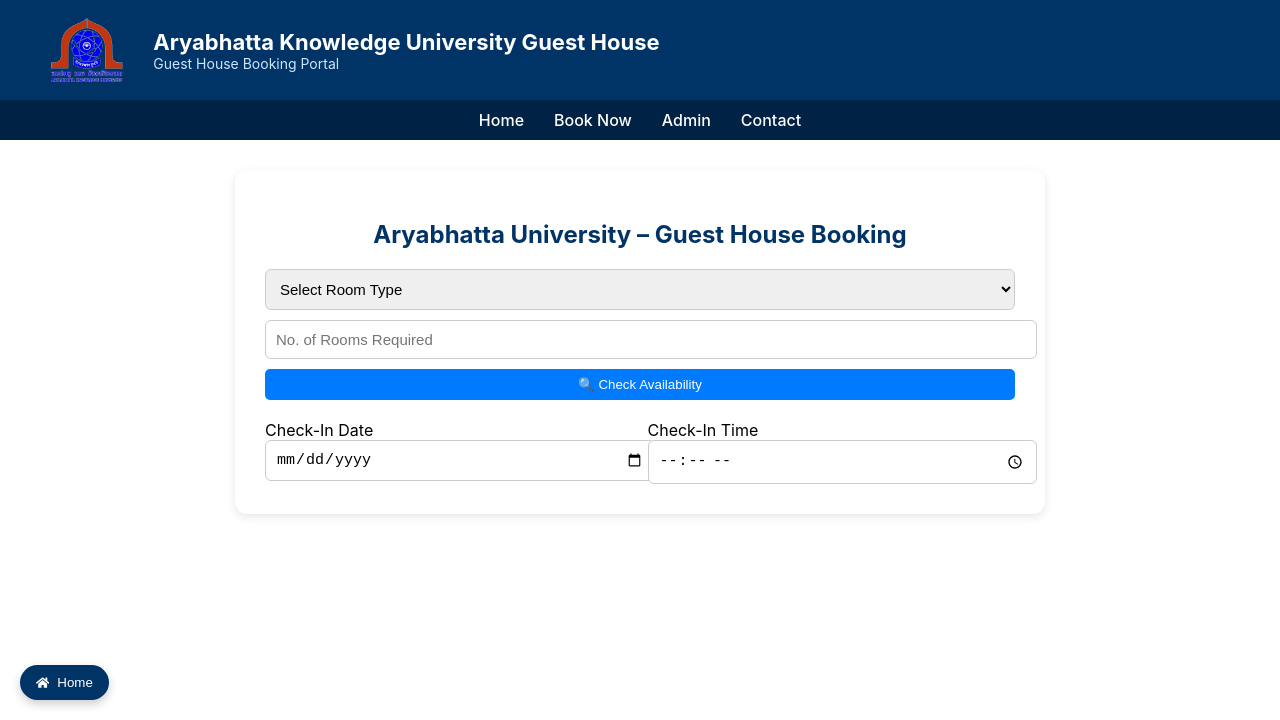
Repository: binit123kumar/guesthouse-booking-system
Page: /booking (app in guesthouse-frontend/)
An editor plug-in stored every save of this project. The page is shown before and after the next save, followed by the edit.
The browser window is 1280 px wide. The pictures show the whole page.
The project was rebuilt for these pictures with package versions that can differ from the ones it lists, and the page was loaded fresh each time. Also part of the build but not shown: guesthouse-frontend/src/components/Banner.js, guesthouse-frontend/src/components/Footer.js, guesthouse-frontend/src/pages/Home.js, guesthouse-frontend/src/pages/Register.js, guesthouse-frontend/src/pages/Contact.js, guesthouse-frontend/src/pages/About.js, guesthouse-frontend/src/pages/Facilities.js, guesthouse-frontend/src/pages/AdminLogin.js and 7 more.

Above is the page before, as saved 2025-09-08 01:20:49.

### guesthouse-frontend/public/index.html
<!DOCTYPE html>
<html lang="en">
  <head>
    <meta charset="utf-8" />
    <link rel="icon" href="%PUBLIC_URL%/favicon.ico" />
    <meta name="viewport" content="width=device-width, initial-scale=1" />
    <meta name="theme-color" content="#000000" />
    <meta
      name="description"
      content="Web site created using create-react-app"
    />
    <link rel="apple-touch-icon" href="%PUBLIC_URL%/logo192.png" />
    <!--
      manifest.json provides metadata used when your web app is installed on a
      user's mobile device or desktop. See https://developers.google.com/web/fundamentals/web-app-manifest/
    -->
    <link rel="manifest" href="%PUBLIC_URL%/manifest.json" />
    <!--
      Notice the use of %PUBLIC_URL% in the tags above.
      It will be replaced with the URL of the `public` folder during the build.
      Only files inside the `public` folder can be referenced from the HTML.

      Unlike "/favicon.ico" or "favicon.ico", "%PUBLIC_URL%/favicon.ico" will
      work correctly both with client-side routing and a non-root public URL.
      Learn how to configure a non-root public URL by running `npm run build`.
    -->
    <title>Aryabhatta Knowledge University - Guest House</title>

  </head>
  <body>
    <noscript>You need to enable JavaScript to run this app.</noscript>
    <div id="root"></div>
    <!--
      This HTML file is a template.
      If you open it directly in the browser, you will see an empty page.

      You can add webfonts, meta tags, or analytics to this file.
      The build step will place the bundled scripts into the <body> tag.

      To begin the development, run `npm start` or `yarn start`.
      To create a production bundle, use `npm run build` or `yarn build`.
    -->
  </body>
</html>

### guesthouse-frontend/src/App.js
import React from 'react';
import { BrowserRouter as Router, Routes, Route } from 'react-router-dom';
import Header from './components/Header';
import Navbar from './components/Navbar';
import HomeButton from './components/HomeButton';

import Home from './pages/Home';
import Register from './pages/Register';
import Booking from './pages/Booking';
import Contact from './pages/Contact';
import About from './pages/About';
import Facilities from './pages/Facilities';

import AdminLogin from './pages/AdminLogin';
import AdminDashboard from './pages/AdminDashboard';
import AdminBookings from './pages/AdminBookings';
import AdminRooms from './pages/AdminRooms';
import AdminOnline from './pages/AdminOnline';
import AdminCash from './pages/AdminCash';
import BookingList from './pages/BookingList';
import Success from "./pages/Success";


function App() {
  return (
    <Router>
      <Header />
      <Navbar />
      <Routes>
        <Route path="/" element={<Home />} />
        <Route path="/register" element={<Register />} />
        <Route path="/booking" element={<Booking />} />
        <Route path="/contact" element={<Contact />} />
        <Route path="/about" element={<About />} />
        <Route path="/facilities" element={<Facilities />} />
        <Route path="/admin" element={<AdminLogin />} />
        <Route path="/admin/login" element={<AdminLogin />} />
        <Route path="/admin/dashboard" element={<AdminDashboard />} />
        <Route path="/admin/bookings" element={<AdminBookings />} />
        <Route path="/admin/rooms" element={<AdminRooms />} />
        <Route path="/admin/online" element={<AdminOnline />} />
        <Route path="/admin/cash" element={<AdminCash />} />
        <Route path="/admin/bookinglist" element={<BookingList />} />
        <Route path="/success" element={<Success />} />
      </Routes>
      <HomeButton />
    </Router>
  );
}

export default App;

### guesthouse-frontend/src/components/Header.js
import React from 'react';
import logo from '../assets/logo.png';

function Header() {
  return (
    <header style={styles.header}>
      <div style={styles.logoContainer}>
        <img src={logo} alt="AKU Logo" style={styles.logo} />
        <div>
          <h1 style={styles.title}>Aryabhatta Knowledge University Guest House</h1>
          <p style={styles.subtitle}>Guest House Booking Portal</p>
        </div>
      </div>
    </header>
  );
}

const styles = {
  header: {
    backgroundColor: '#003366',
    padding: '15px 40px',
    display: 'flex',
    alignItems: 'center',
    boxShadow: '0 2px 8px rgba(0,0,0,0.1)',
    color: 'white',
  },
  logoContainer: { display: 'flex', alignItems: 'center' },
  logo: { height: '70px', marginRight: '20px' },
  title: { margin: 0, fontSize: '22px', fontWeight: 'bold' },
  subtitle: { margin: 0, fontSize: '14px', color: '#cce6ff' },
};

export default Header;

### guesthouse-frontend/src/components/Navbar.js
import React from 'react';
import { Link } from 'react-router-dom';

function Navbar() {
  return (
    <nav style={styles.nav}>
      <ul style={styles.navList}>
        <li><Link to="/" style={styles.link}>Home</Link></li>
        <li><Link to="/booking" style={styles.link}>Book Now</Link></li>
        <li><Link to="/admin" style={styles.link}>Admin</Link></li>
        <li><Link to="/contact" style={styles.link}>Contact</Link></li>
      </ul>
    </nav>
  );
}

const styles = {
  nav: { backgroundColor: '#002244', padding: '10px 40px' },
  navList: { listStyle: 'none', display: 'flex', gap: '30px', justifyContent: 'center', margin: 0, padding: 0 },
  link: { color: 'white', textDecoration: 'none', fontWeight: '500' },
};

export default Navbar;

### guesthouse-frontend/src/components/HomeButton.js
import React from "react";
import { useNavigate } from "react-router-dom";
import { FaHome } from "react-icons/fa";

const HomeButton = () => {
  const navigate = useNavigate();

  return (
    <button
      onClick={() => navigate("/")}
      style={{
        position: "fixed",
        left: "20px",
        bottom: "20px",
        backgroundColor: "#003366",
        color: "white",
        border: "none",
        padding: "10px 16px",
        borderRadius: "30px",
        display: "flex",
        alignItems: "center",
        gap: "8px",
        boxShadow: "0 4px 10px rgba(0,0,0,0.2)",
        cursor: "pointer",
        zIndex: 1000,
      }}
    >
      <FaHome />
      Home
    </button>
  );
};

export default HomeButton;

### guesthouse-frontend/src/pages/Booking.js
import React, { useState } from "react";
import { useNavigate } from "react-router-dom";
import { QRCodeSVG } from "qrcode.react";
import axios from "axios";

function Booking() {
  const navigate = useNavigate();
  const [formData, setFormData] = useState({
    fullName: "",
    address: "",
    email: "",
    phone: "",
    purpose: "",
    roomType: "",
    roomsRequired: "",
    checkInDate: "",
    checkInTime: "",
    checkOutDate: "",
    checkOutTime: "",
    category: "",
    paymentStatus: "",
    guests: []
  });

  const [amount, setAmount] = useState(0);
  const [error, setError] = useState("");
  const [availability, setAvailability] = useState(""); // For availability status

  const calculateDays = (inDate, outDate) => {
    if (!inDate || !outDate) return 0;
    const start = new Date(inDate);
    const end = new Date(outDate);
    return Math.max(1, Math.ceil((end - start) / (1000 * 60 * 60 * 24)));
  };

  const calculateAmount = (updated) => {
    const days = calculateDays(updated.checkInDate, updated.checkOutDate);
    const rooms = parseInt(updated.roomsRequired) || 1;
    const guestsCount = updated.guests.length + 1;
    const minRooms = Math.ceil(guestsCount / 3);
    const totalRooms = Math.max(rooms, minRooms);
    let rate = 0;
    switch (updated.roomType) {
      case "Single": rate = 800; break;
      case "Double": rate = 1200; break;
      case "Suite": rate = 1800; break;
      default: rate = 0;
    }
    return days > 0 ? days * rate * totalRooms : 0;
  };

  const handleChange = (e) => {
    const { name, value } = e.target;
    const updated = { ...formData, [name]: value };
    setFormData(updated);
    if (["roomType", "checkInDate", "checkOutDate", "roomsRequired"].includes(name)) {
      setAmount(calculateAmount(updated));
    }
  };

  const handleGuestChange = (i, field, value) => {
    const guests = [...formData.guests];
    guests[i][field] = value;
    setFormData({ ...formData, guests });
    setAmount(calculateAmount({ ...formData, guests }));
  };

  const addGuest = () => {
    setFormData({ ...formData, guests: [...formData.guests, { name: "", age: "", address: "", email: "", phone: "", purpose: "" }] });
  };

  const removeGuest = (i) => {
    const guests = formData.guests.filter((_, idx) => idx !== i);
    setFormData({ ...formData, guests });
    setAmount(calculateAmount({ ...formData, guests }));
  };

  const handleSubmit = async (e) => {
    e.preventDefault();
    if (!formData.fullName || !formData.email || !formData.phone || !formData.roomType || !formData.checkInDate || !formData.checkOutDate) {
      setError("⚠️ Please fill all required fields.");
      return;
    }
    const bookingData = { ...formData, amount, createdAt: new Date().toISOString() };
    try {
      const res = await fetch("http://localhost:5000/api/bookings", {
        method: "POST",
        headers: { "Content-Type": "application/json" },
        body: JSON.stringify(bookingData)
      });
      const result = await res.json();
      result.success ? navigate(`/success?id=${result.id}`) : alert("❌ Booking Failed");
    } catch {
      alert("⚠️ Server Error");
    }
  };

  // ---- New function for checking availability ----
  const checkAvailability = async () => {
    if (!formData.roomType) {
      alert("Please select Room Type first");
      return;
    }
    try {
      const res = await axios.get(`http://localhost:5000/api/rooms/check-availability/${formData.roomType}`);
      setAvailability(res.data.available ? "✅ Rooms Available" : "❌ Rooms Not Available");
    } catch (err) {
      console.error(err);
      setAvailability("⚠️ Error checking availability");
    }
  };

  const upiString = amount > 0 ? `upi://pay?pa=9525594357@paytm&pn=GuestHouse&am=${amount}&cu=INR` : "";

  return (
    <div style={styles.container}>
      <h2 style={styles.title}>Aryabhatta University – Guest House Booking</h2>
      <form onSubmit={handleSubmit} style={styles.form}>
        {/* Existing form inputs */}
        <select style={styles.input} name="roomType" value={formData.roomType} onChange={handleChange} required>
          <option value="">Select Room Type</option>
          <option value="Single">Single Room (₹800/day)</option>
          <option value="Double">Double Room (₹1200/day)</option>
          <option value="Suite">Suite (₹1800/day)</option>
        </select>
        <input style={styles.input} type="number" name="roomsRequired" value={formData.roomsRequired} onChange={handleChange} placeholder="No. of Rooms Required" required />

        {/* ----- New Check Availability Button ----- */}
        <button type="button" style={{ ...styles.addBtn, background: "#007BFF" }} onClick={checkAvailability}>
          🔍 Check Availability
        </button>
        {availability && <p style={{ fontWeight: "bold", color: availability.includes("✅") ? "green" : "red" }}>{availability}</p>}

        {/* Remaining existing form inputs */}
        <div style={styles.row}>
          <div style={styles.col}>
            <label>Check-In Date</label>
            <input style={styles.input} type="date" name="checkInDate" value={formData.checkInDate} onChange={handleChange} required />
          </div>
          <div style={styles.col}>
            <label>Check-In Time</label>
            <input style={styles.input} type="time" name="checkInTime" value={formData.checkInTime} onChange={handleChange} required />
          </div>
        </div>

        {/* Rest of Booking.jsx stays the same (guests, payment, QR, submit) */}
        {/* ... */}
      </form>
    </div>
  );
}

// Existing styles remain the same
const styles = {
  container: { maxWidth: "750px", margin: "30px auto", padding: "30px", background: "#fff", borderRadius: "12px", boxShadow: "0 3px 10px rgba(0,0,0,0.1)" },
  title: { textAlign: "center", color: "#003366", marginBottom: "20px" },
  form: { display: "flex", flexDirection: "column", gap: "10px" },
  row: { display: "flex", gap: "15px", flexWrap: "wrap", justifyContent: "space-between" },
  col: { flex: "1", minWidth: "45%", display: "flex", flexDirection: "column" },
  input: { padding: "10px", border: "1px solid #ccc", borderRadius: "6px", fontSize: "15px", width: "100%" },
  label: { fontWeight: "bold", margin: "5px 0" },
  subTitle: { color: "#003366", marginTop: "20px" },
  guestBox: { border: "1px solid #ddd", padding: "10px", borderRadius: "8px", marginBottom: "10px", background: "#f9f9f9" },
  addBtn: { background: "#4CAF50", color: "white", padding: "8px", border: "none", borderRadius: "5px", cursor: "pointer", marginBottom: "10px" },
  removeBtn: { background: "#FF4B4B", color: "white", padding: "6px", border: "none", borderRadius: "5px", cursor: "pointer", marginTop: "5px" },
  radioGroup: { display: "flex", gap: "20px", marginBottom: "10px" },
  button: { padding: "12px", background: "#003366", color: "#fff", border: "none", borderRadius: "6px", fontWeight: "bold", cursor: "pointer", marginTop: "15px" }
};

export default Booking;

Loaded but not shown: guesthouse-frontend/src/index.js (common file); guesthouse-frontend/src/index.css (common file); guesthouse-frontend/src/reportWebVitals.js (common file)

After the next save:
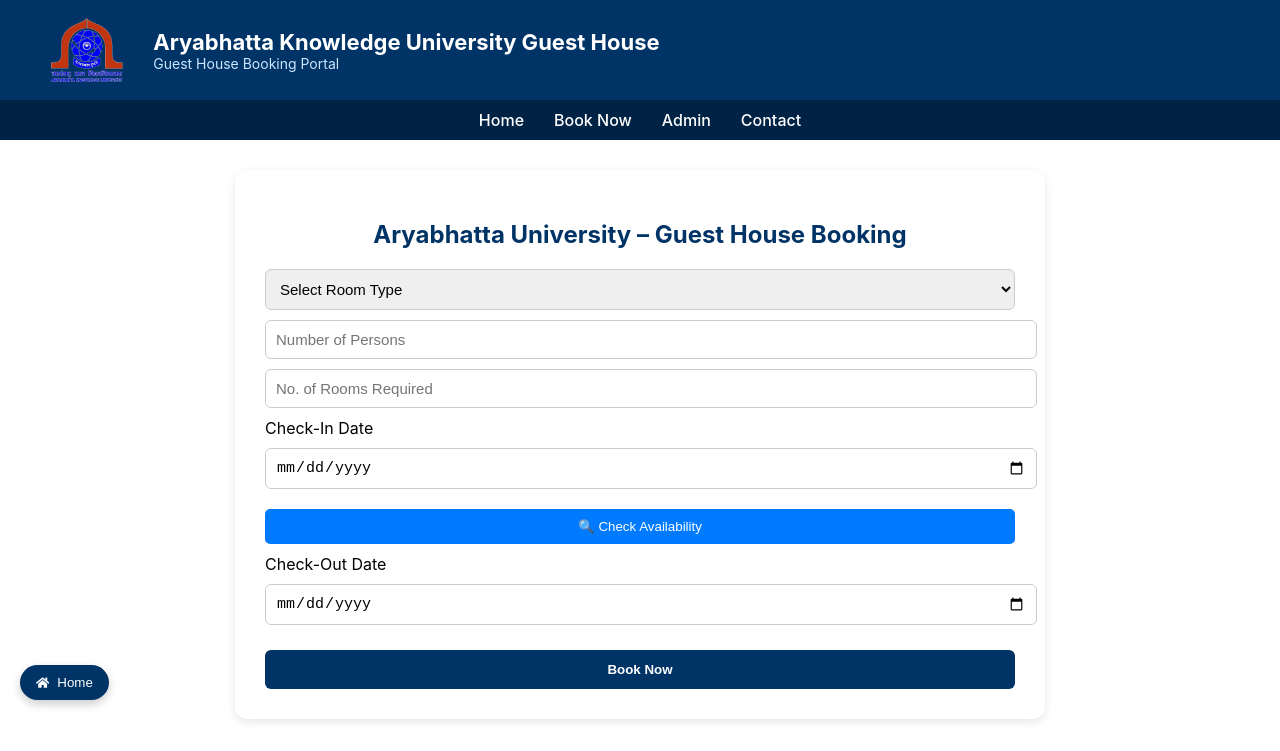
Saved 6 days later.
--- a/guesthouse-frontend/src/pages/Booking.js
+++ b/guesthouse-frontend/src/pages/Booking.js
@@ -19,6 +19,7 @@
     checkOutTime: "",
     category: "",
     paymentStatus: "",
+    persons: "",   // 🔹 New field for number of persons
     guests: []
   });
 
@@ -26,6 +27,7 @@
   const [error, setError] = useState("");
   const [availability, setAvailability] = useState(""); // For availability status
 
+  // ---- Helper Functions ----
   const calculateDays = (inDate, outDate) => {
     if (!inDate || !outDate) return 0;
     const start = new Date(inDate);
@@ -36,7 +38,7 @@
   const calculateAmount = (updated) => {
     const days = calculateDays(updated.checkInDate, updated.checkOutDate);
     const rooms = parseInt(updated.roomsRequired) || 1;
-    const guestsCount = updated.guests.length + 1;
+    const guestsCount = parseInt(updated.persons) || 1;
     const minRooms = Math.ceil(guestsCount / 3);
     const totalRooms = Math.max(rooms, minRooms);
     let rate = 0;
@@ -53,28 +55,31 @@
     const { name, value } = e.target;
     const updated = { ...formData, [name]: value };
     setFormData(updated);
-    if (["roomType", "checkInDate", "checkOutDate", "roomsRequired"].includes(name)) {
+    if (["roomType", "checkInDate", "checkOutDate", "roomsRequired", "persons"].includes(name)) {
       setAmount(calculateAmount(updated));
     }
   };
 
-  const handleGuestChange = (i, field, value) => {
-    const guests = [...formData.guests];
-    guests[i][field] = value;
-    setFormData({ ...formData, guests });
-    setAmount(calculateAmount({ ...formData, guests }));
+  // ---- Availability Check Function ----
+  const checkAvailability = async () => {
+    if (!formData.roomType || !formData.persons || !formData.checkInDate) {
+      alert("⚠️ Please select Room Type, Number of Persons and Check-in Date.");
+      return;
+    }
+    try {
+      const res = await axios.post("http://localhost:5000/api/rooms/check-availability", {
+        roomType: formData.roomType,
+        persons: formData.persons,
+        checkInDate: formData.checkInDate
+      });
+      setAvailability(res.data.available ? "✅ Room is available!" : "❌ No rooms available for selected criteria.");
+    } catch (err) {
+      console.error(err);
+      setAvailability("⚠️ Error checking availability");
+    }
   };
 
-  const addGuest = () => {
-    setFormData({ ...formData, guests: [...formData.guests, { name: "", age: "", address: "", email: "", phone: "", purpose: "" }] });
-  };
-
-  const removeGuest = (i) => {
-    const guests = formData.guests.filter((_, idx) => idx !== i);
-    setFormData({ ...formData, guests });
-    setAmount(calculateAmount({ ...formData, guests }));
-  };
-
+  // ---- Booking Submit ----
   const handleSubmit = async (e) => {
     e.preventDefault();
     if (!formData.fullName || !formData.email || !formData.phone || !formData.roomType || !formData.checkInDate || !formData.checkOutDate) {
@@ -95,75 +100,54 @@
     }
   };
 
-  // ---- New function for checking availability ----
-  const checkAvailability = async () => {
-    if (!formData.roomType) {
-      alert("Please select Room Type first");
-      return;
-    }
-    try {
-      const res = await axios.get(`http://localhost:5000/api/rooms/check-availability/${formData.roomType}`);
-      setAvailability(res.data.available ? "✅ Rooms Available" : "❌ Rooms Not Available");
-    } catch (err) {
-      console.error(err);
-      setAvailability("⚠️ Error checking availability");
-    }
-  };
-
   const upiString = amount > 0 ? `upi://pay?pa=9525594357@paytm&pn=GuestHouse&am=${amount}&cu=INR` : "";
 
   return (
     <div style={styles.container}>
       <h2 style={styles.title}>Aryabhatta University – Guest House Booking</h2>
       <form onSubmit={handleSubmit} style={styles.form}>
-        {/* Existing form inputs */}
+
+        {/* Room Type */}
         <select style={styles.input} name="roomType" value={formData.roomType} onChange={handleChange} required>
           <option value="">Select Room Type</option>
           <option value="Single">Single Room (₹800/day)</option>
           <option value="Double">Double Room (₹1200/day)</option>
           <option value="Suite">Suite (₹1800/day)</option>
         </select>
+
+        {/* Number of Persons */}
+        <input style={styles.input} type="number" name="persons" value={formData.persons} onChange={handleChange} placeholder="Number of Persons" required />
+
+        {/* Rooms Required */}
         <input style={styles.input} type="number" name="roomsRequired" value={formData.roomsRequired} onChange={handleChange} placeholder="No. of Rooms Required" required />
 
-        {/* ----- New Check Availability Button ----- */}
+        {/* Check-in Date */}
+        <label>Check-In Date</label>
+        <input style={styles.input} type="date" name="checkInDate" value={formData.checkInDate} onChange={handleChange} required />
+
+        {/* Check Availability Button */}
         <button type="button" style={{ ...styles.addBtn, background: "#007BFF" }} onClick={checkAvailability}>
           🔍 Check Availability
         </button>
         {availability && <p style={{ fontWeight: "bold", color: availability.includes("✅") ? "green" : "red" }}>{availability}</p>}
 
-        {/* Remaining existing form inputs */}
-        <div style={styles.row}>
-          <div style={styles.col}>
-            <label>Check-In Date</label>
-            <input style={styles.input} type="date" name="checkInDate" value={formData.checkInDate} onChange={handleChange} required />
-          </div>
-          <div style={styles.col}>
-            <label>Check-In Time</label>
-            <input style={styles.input} type="time" name="checkInTime" value={formData.checkInTime} onChange={handleChange} required />
-          </div>
-        </div>
+        {/* Check-out Date */}
+        <label>Check-Out Date</label>
+        <input style={styles.input} type="date" name="checkOutDate" value={formData.checkOutDate} onChange={handleChange} required />
 
-        {/* Rest of Booking.jsx stays the same (guests, payment, QR, submit) */}
-        {/* ... */}
+        {/* Submit */}
+        <button type="submit" style={styles.button}>Book Now</button>
       </form>
     </div>
   );
 }
 
-// Existing styles remain the same
 const styles = {
   container: { maxWidth: "750px", margin: "30px auto", padding: "30px", background: "#fff", borderRadius: "12px", boxShadow: "0 3px 10px rgba(0,0,0,0.1)" },
   title: { textAlign: "center", color: "#003366", marginBottom: "20px" },
   form: { display: "flex", flexDirection: "column", gap: "10px" },
-  row: { display: "flex", gap: "15px", flexWrap: "wrap", justifyContent: "space-between" },
-  col: { flex: "1", minWidth: "45%", display: "flex", flexDirection: "column" },
   input: { padding: "10px", border: "1px solid #ccc", borderRadius: "6px", fontSize: "15px", width: "100%" },
-  label: { fontWeight: "bold", margin: "5px 0" },
-  subTitle: { color: "#003366", marginTop: "20px" },
-  guestBox: { border: "1px solid #ddd", padding: "10px", borderRadius: "8px", marginBottom: "10px", background: "#f9f9f9" },
-  addBtn: { background: "#4CAF50", color: "white", padding: "8px", border: "none", borderRadius: "5px", cursor: "pointer", marginBottom: "10px" },
-  removeBtn: { background: "#FF4B4B", color: "white", padding: "6px", border: "none", borderRadius: "5px", cursor: "pointer", marginTop: "5px" },
-  radioGroup: { display: "flex", gap: "20px", marginBottom: "10px" },
+  addBtn: { background: "#4CAF50", color: "white", padding: "10px", border: "none", borderRadius: "5px", cursor: "pointer", marginTop: "10px" },
   button: { padding: "12px", background: "#003366", color: "#fff", border: "none", borderRadius: "6px", fontWeight: "bold", cursor: "pointer", marginTop: "15px" }
 };
 
